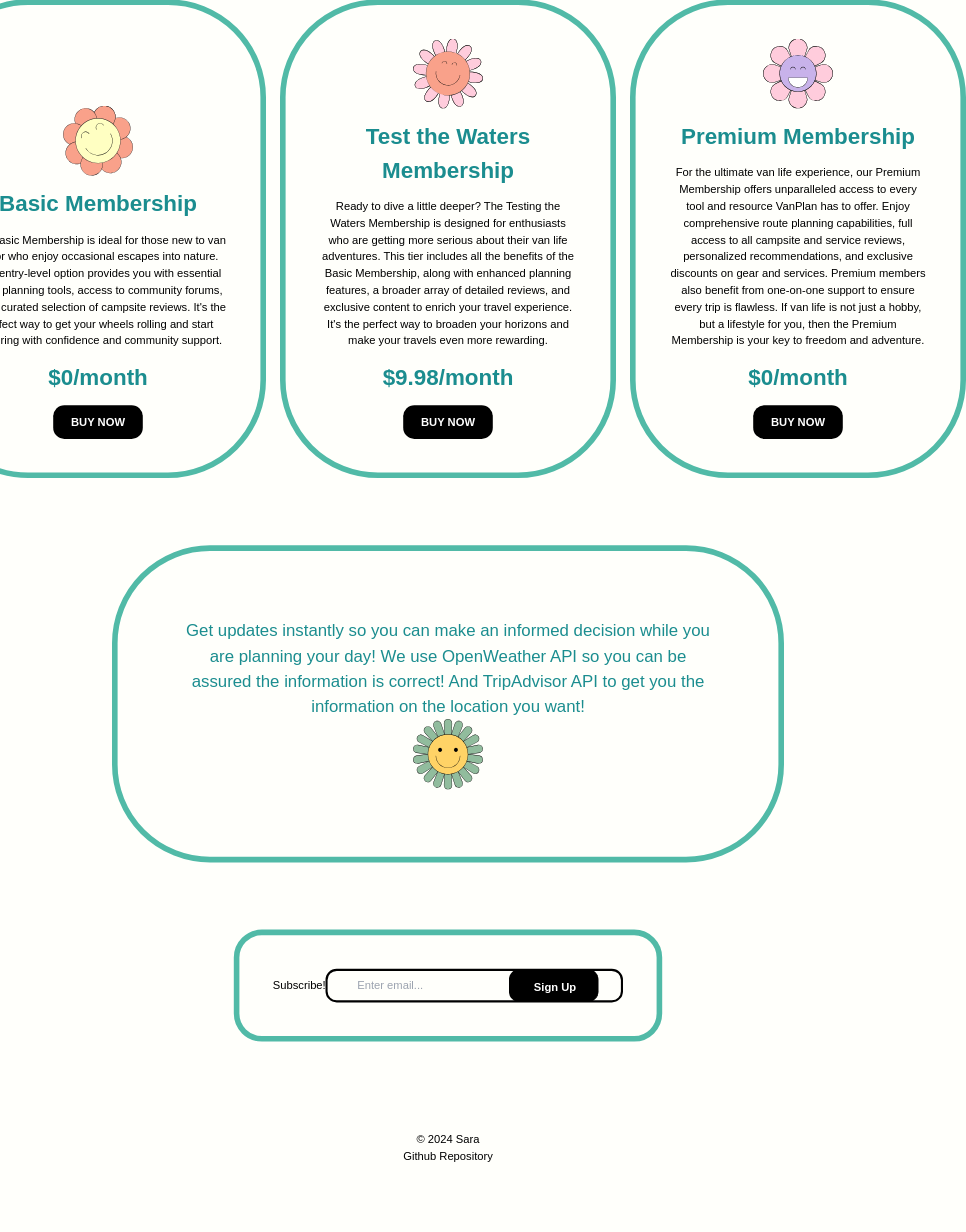
Repository: SaraShio/landing-page
Page: /
An editor plug-in stored every save of this project. The page is shown before and after a run of saves, followed by the edit.
The browser window is 1280 px wide. The page is 1380 px wide, so the pictures cover 1380 px, including what lies to the right of the window. The pictures show the part of the page from y = 860 to 2620 px (the page is 2620 px tall), at 70% of full size.
The project was rebuilt for these pictures with package versions that can differ from the ones it lists, and the page was loaded fresh each time. The framework's server and built-in components were replaced by stand-ins that run in the browser. Also part of the build but not shown: next.config.mjs.

Above is the page before, as saved 2024-03-08 22:32:04.

### src/pages/index.tsx
//import Spline from '@splinetool/react-spline';

import Image from "next/image";

import Header from "../../components/Header";
import Hero from "../../components/Hero";
import PriceCards from '../../components/PriceCards';
import SubBanner from "../../components/SubBanner";
import Subscribe from "../../components/Subscribe";
import Footer from "../../components/Footer";

export default function Home() {
  return (
    <main className={`flex min-h-screen flex-col items-center justify-between p-24`}>
      <Header />
      <Hero/>
      <PriceCards/>
      <SubBanner/>
      <Subscribe/>
      <Footer />
    </main>
  );
}

### src/styles/globals.css
@tailwind base;
@tailwind components;
@tailwind utilities;

@import url('https://fonts.googleapis.com/css2?family=Nunito:wght@400;600;700&display=swap');

:root {
 --black:#000000;
 --white: #FFFFFF;
 --light-gray: #fffffb;
 --gray: #B6B6B6;
 --teal: #26A8AB;
 --dark-teal: #1b8d8f;
 --mint: #51BAA7;
 --salmon: #DB7F73;
 --light-green: #DCDFCC;

 --card-padding: 3rem;
 --sub-banner-padding: 6rem;
}

body {
  font-family: 'Nunito', sans-serif;
  background-color: var(--light-gray);
}

### components/Header/index.tsx
import Image from "next/image";
import styles from "./Header.module.css";

export default function Header() {
  return (
    <>
      <div className={styles.header_container}>
        <div className={styles.logo_img}>
          <Image
            src="/images/green_logo.svg"
            alt="VanPlan Logo"
            width={400}
            height={400}
          />
        </div>

        <div className={styles.input_container}>
        <form>
            <input type="text" placeholder="Enter email...">

            </input>
        </form>
        <button className={styles.signup_button}>SIGN UP</button>
        </div>
      </div>
    </>
  );
}

### components/Hero/index.tsx
import { style } from "@mui/system";
import Image from "next/image";
import styles from "./Hero.module.css";

export default function Hero() {
  return (
    <>
      <div className={styles.hero_container}>
        <Image src="/images/test1.jpeg" alt="Test" width={600} height={600} />

        <div className={styles.info_container}>
          <h1 className={styles.title}>Welcome!</h1>
          <h1 className={styles.subtitle}>Plan your day in<br></br>Vancouver</h1>

          <button className={styles.download_button}>FREE DOWNLOAD</button>
        </div>
      </div>
    </>
  );
}

### components/PriceCards/index.tsx
import styles from './PriceCards.module.css';

import CardOne from "../CardOne";
import CardTwo from "../CardTwo";
import CardThree from "../CardThree";

export default function PriceCards() {
  return (
    <>
      <div className={styles.price_card_container}>
        <CardOne />
        <CardTwo />
        <CardThree />
      </div>
    </>
  );
}

### components/SubBanner/index.tsx
import Image from "next/image";
import styles from "./SubBanner.module.css";


export default function SubBanner() {
  return (
    <main className={styles.sub_banner_container}>

    <h1>Get updates instantly so you can make an informed decision while you are planning your day! We use OpenWeather API so you can be assured the information is correct! And TripAdvisor API to get you the information on the location you want!</h1>

    <Image src="/images/test5.svg" alt="Test" width={100} height={100} />


    </main>
  );
}

### components/Subscribe/index.tsx
import Image from "next/image";
import styles from "./Subscribe.module.css";

export default function Subscribe() {
  return (
    <main className={styles.subscribe_container}>
      <h1>Subscribe!</h1>

      <form className={styles.input_container}>
        <input type="text" placeholder="Enter email..."></input>
        <button className={styles.signup_button}>Sign Up</button>
      </form>

    </main>
  );
}

### components/Footer/index.tsx
import Image from 'next/image';
import styles from './Footer.module.css';

export default function Footer(){
    return (
        <>
            <footer className={styles.footer_container}>
                <p>&copy; {new Date().getFullYear()} Sara</p>
                <a href="https://github.com/Haydenleung/MDIA-3109-Final-Project.git" target="_blank" rel="noopener noreferrer">Github Repository</a>
            </footer>
        </>
    )
}

### components/Header/Header.module.css
.header_container{
    display: flex;
    justify-content: space-between;
    align-items: center;
    width: 100vw;
    padding-right: 4rem;
    padding-left: 4rem;
  }

  .signup_button{
    border: none;
    border-radius: 1rem;
    padding: 12px;
    width: 8rem;
    height: 3rem;
    background-color: var(--black);
    color: var(--white);
    font-weight: 800;
    cursor: pointer;
  }

  .input_container{
    display: flex;
    align-items: center;
    border: 3px solid var(--black);
    border-radius: 1rem;
    height: 3rem;
    padding-left: 2rem;
  }

  .input_container input {
    background: none;
    padding: 10px;
    outline: none;
}

### components/Hero/Hero.module.css
.hero_container {
    color: var(--salmon);
    padding: 120px;
    text-align: left;
    display: flex;
    flex-direction: row;
    align-items: center;
    justify-content: center;
    margin-top: 2rem;
    margin-bottom: 6rem;
}

.info_container{
padding-left: 1rem;
}

.title {
    font-size: 4rem;
    font-weight: bold;
    color: var(--dark-teal);
}

.subtitle {
    font-size: 2rem;
    padding-bottom: 2rem;
}

.download_button {
    border: none;
    border-radius: 1rem;
    padding: 12px;
    width: 16rem;
    height: 3rem;
    background-color: var(--black);
    color: var(--white);
    font-weight: 800;
    cursor: pointer;
    position: absolute;

  }

  .download_button:hover {
    background-color: var(--white);
    color: var(--dark-teal);
    border: 2px solid var(--dark-teal);
    width: 18rem;
    height: 3rem;
  }

### components/PriceCards/PriceCards.module.css
.price_card_container {
    display: flex;
    flex-direction: row;
    align-items: stretch;
    justify-content: space-around;
    gap: 20px;
  }

### components/CardOne/index.tsx
import Image from "next/image";
import styles from "./CardOne.module.css";

export default function CardOne() {
  return (
    <>
      <div className={styles.card_one_container}>
        <Image src="/images/test2.svg" alt="Test" width={100} height={100} />
        <h1>Basic Membership</h1>
        <p>
          Our Basic Membership is ideal for those new to van life or who enjoy
          occasional escapes into nature. This entry-level option provides you
          with essential route planning tools, access to community forums, and a
          curated selection of campsite reviews. It's the perfect way to get
          your wheels rolling and start exploring with confidence and community
          support.
        </p>

        <h1>$0/month</h1>

        <button className={styles.buy_button}>BUY NOW</button>
      </div>
    </>
  );
}

### components/CardTwo/index.tsx
import Image from "next/image";
import styles from "./CardTwo.module.css";

export default function CardTwo() {
  return (
    <>
      <div className={styles.card_two_container}>
      <Image src="/images/test3.svg" alt="Test" width={100} height={100} />
      <h1>Test the Waters Membership</h1>
      <p>Ready to dive a little deeper? The Testing the Waters Membership is designed for enthusiasts who are getting more serious about their van life adventures. This tier includes all the benefits of the Basic Membership, along with enhanced planning features, a broader array of detailed reviews, and exclusive content to enrich your travel experience. It's the perfect way to broaden your horizons and make your travels even more rewarding.</p>

      <h1>$9.98/month</h1>

      <button className={styles.buy_button}>BUY NOW</button>
      </div>
    </>
  );
}

### components/CardThree/index.tsx
import Image from "next/image";
import styles from "./CardThree.module.css";

export default function CardThree() {
  return (
    <>
      <div className={styles.card_three_container}>
        <Image src="/images/test4.svg" alt="Test" width={100} height={100} />
        <h1>Premium Membership</h1>
        <p>
          For the ultimate van life experience, our Premium Membership offers
          unparalleled access to every tool and resource VanPlan has to offer.
          Enjoy comprehensive route planning capabilities, full access to all
          campsite and service reviews, personalized recommendations, and
          exclusive discounts on gear and services. Premium members also benefit
          from one-on-one support to ensure every trip is flawless. If van life
          is not just a hobby, but a lifestyle for you, then the Premium
          Membership is your key to freedom and adventure.
        </p>

        <h1>$0/month</h1>

        <button className={styles.buy_button}>BUY NOW</button>
      </div>
    </>
  );
}

### components/SubBanner/SubBanner.module.css
.sub_banner_container{
    border: 8px solid var(--mint);
    border-radius: 140px;
    background-color: var(--light-gray);
    padding: var(--sub-banner-padding);
    width: 60rem;
    display: flex;
    flex-direction: column;
    justify-content: center;
    align-items: center;
    text-align: center;
    font-size: 1.5rem;
    color: var(--dark-teal);
    margin-top: 6rem;
    margin-bottom: 6rem;
}

### components/Subscribe/Subscribe.module.css
.subscribe_container{
    display: flex;
    flex-direction: row;
    align-items: center;
    border: 8px solid var(--mint);
    border-radius: 40px;
    padding: var(--card-padding);
}

.signup_button{
    border: 3px solid var(--black);
    border-right: none;
    border-radius: 1rem;
    padding: 12px;
    width: 8rem;
    height: 3rem;
    background-color: var(--black);
    color: var(--white);
    font-weight: 600;
  }

  .input_container{
    display: flex;
    align-items: center;
    border: 3px solid var(--black);
    border-radius: 1rem;
    height: 3rem;
    padding-left: 2rem;
    padding-right: 2rem;
  }

  .input_container input {
    background: none;
    padding: 10px;
    outline: none;
}

### components/Footer/Footer.module.css
.footer_container {
    display: flex;
    flex-direction: column;
    justify-content: center;
    align-items: center;
    width: 100vw;
    padding-top: 8rem;
}

### components/CardOne/CardOne.module.css
.card_one_container {
    border: 8px solid var(--mint);
    border-radius: 140px;
    padding: var(--card-padding);
    background-color: var(--light-gray);
    width: 30rem;
    display: flex;
    flex-direction: column;
    justify-content: end;
    align-items: center;
    text-align: center;
  }

  .card_one_container > h1 {
    font-size: 2rem;
    color: var(--dark-teal);
    font-weight: bold;
    margin-top: 1rem;
    margin-bottom: 1rem;
    text-align: center;
  }

  .buy_button {
    border: none;
    border-radius: 1rem;
    padding: 12px;
    width: 8rem;
    height: 3rem;
    background-color: var(--black);
    color: var(--white);
    font-weight: 800;
    cursor: pointer;
  }

  .buy_button:hover {
    background-color: var(--white);
    color: var(--dark-teal);
    border: 2px solid var(--dark-teal);
    width: 10rem;
    height: 3rem;
  }

### components/CardTwo/CardTwo.module.css
.card_two_container {
  border: 8px solid var(--mint);
  border-radius: 140px;
  padding: var(--card-padding);
  background-color: var(--light-gray);
  width: 30rem;
  display: flex;
  flex-direction: column;
  justify-content: center;
  align-items: center;
  text-align: center;
}

.card_two_container > h1 {
  font-size: 2rem;
  color: var(--dark-teal);
  font-weight: bold;
  margin-top: 1rem;
  margin-bottom: 1rem;
  text-align: center;
}

.buy_button {
  border: none;
  border-radius: 1rem;
  padding: 12px;
  width: 8rem;
  height: 3rem;
  background-color: var(--black);
  color: var(--white);
  font-weight: 800;
  cursor: pointer;
}

.buy_button:hover {
  background-color: var(--white);
  color: var(--dark-teal);
  border: 2px solid var(--dark-teal);
  width: 10rem;
  height: 3rem;
}

### components/CardThree/CardThree.module.css
.card_three_container {
  border: 8px solid var(--mint);
  border-radius: 140px;
  background-color: var(--light-gray);
  padding: var(--card-padding);
  width: 30rem;
  display: flex;
  flex-direction: column;
  justify-content: center;
  align-items: center;
  text-align: center;
}

.card_three_container > h1 {
  font-size: 2rem;
  color: var(--dark-teal);
  font-weight: bold;
  margin-top: 1rem;
  margin-bottom: 1rem;
  text-align: center;
}

.buy_button {
  border: none;
  border-radius: 1rem;
  padding: 12px;
  width: 8rem;
  height: 3rem;
  background-color: var(--black);
  color: var(--white);
  font-weight: 800;
  cursor: pointer;
}

.buy_button:hover {
  background-color: var(--white);
  color: var(--dark-teal);
  border: 2px solid var(--dark-teal);
  width: 10rem;
  height: 3rem;
}

Loaded but not shown: src/pages/_app.tsx (common file); src/pages/_document.tsx (common file); tailwind.config.ts (common file)

After the next 2 saves:
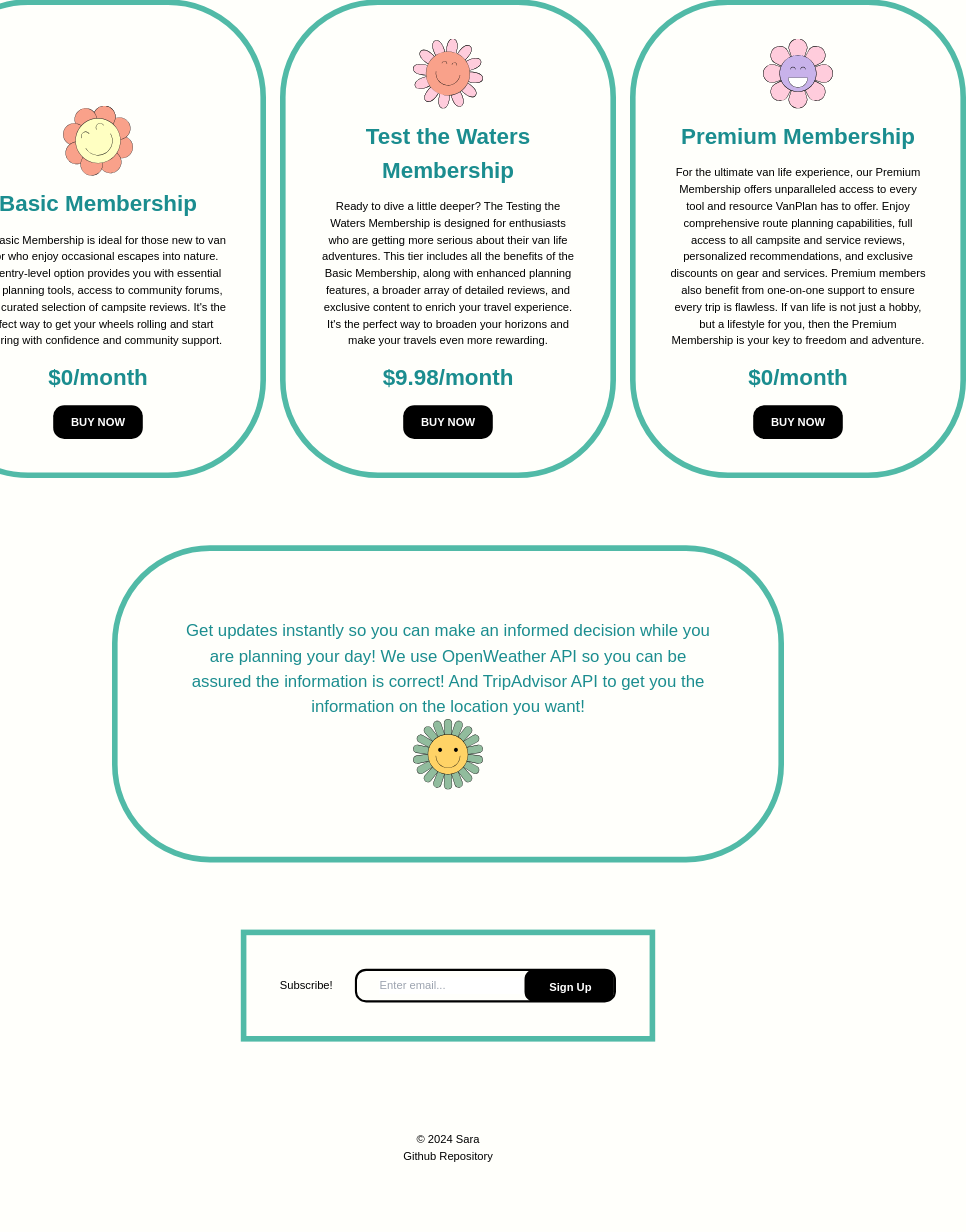
The 2 saves are shown as one change because they came seconds apart.
The last was saved 6 s later.
--- a/components/Subscribe/Subscribe.module.css
+++ b/components/Subscribe/Subscribe.module.css
@@ -3,7 +3,7 @@
     flex-direction: row;
     align-items: center;
     border: 8px solid var(--mint);
-    border-radius: 40px;
+    border-radius: 0px;
     padding: var(--card-padding);
 }
 
@@ -26,11 +26,5 @@
     border-radius: 1rem;
     height: 3rem;
     padding-left: 2rem;
-    padding-right: 2rem;
+    margin-left: 2rem;
   }
-
-  .input_container input {
-    background: none;
-    padding: 10px;
-    outline: none;
-}
